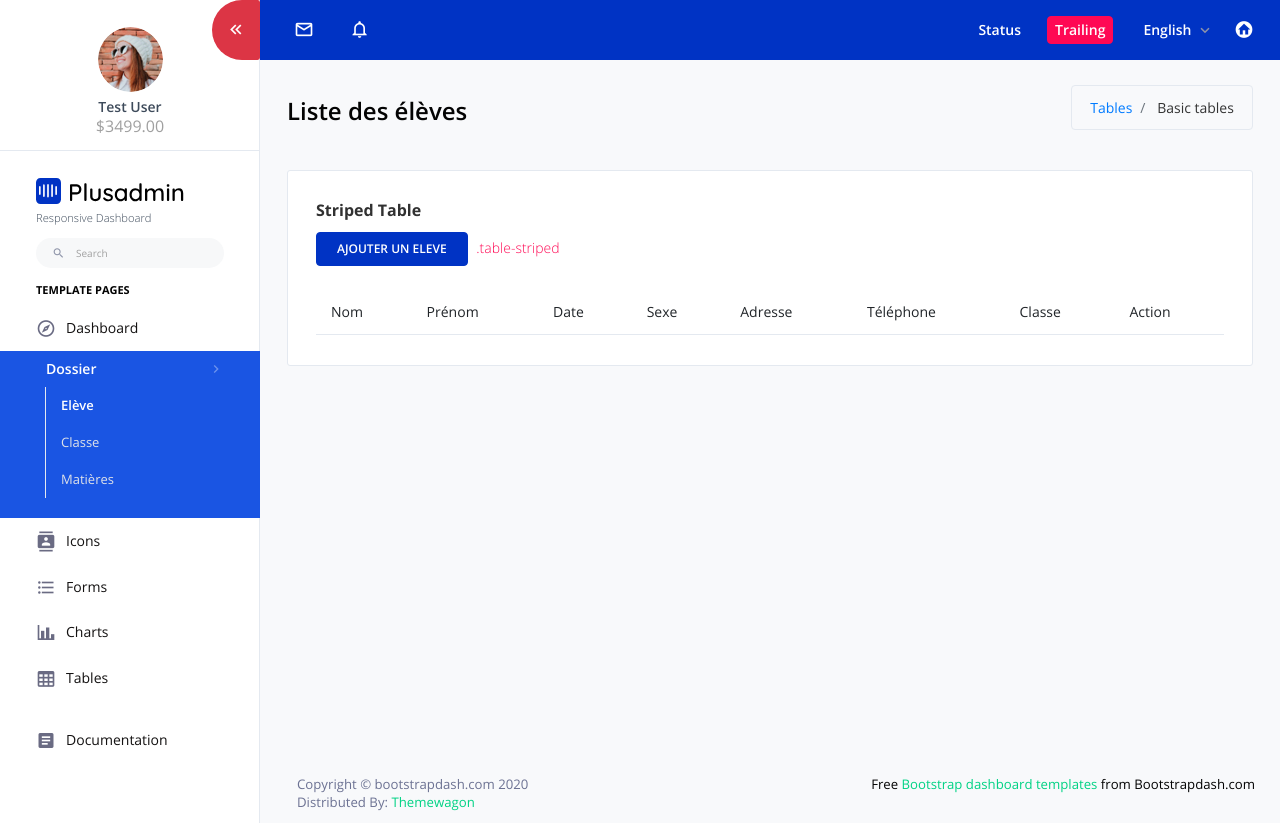
Repository: james19999/gestioneleve
Page: http://localhost/eleves
These files come from the project's save history. The page is drawn as it stood at one moment and after the next save; the edit follows.
The browser window is 1280 px wide. The pictures show the whole page.
The page is served by the project's Laravel application, run on PHP 8.4 with Laravel 8. A made-up administrator, Test User (test@example.com), is signed in. Other server files are loaded and not shown. Queries for data that is not in the repository find no rows.

Above is the page before, as saved 2021-12-01 10:02:41.

### routes/web.php
<?php

use Illuminate\Support\Facades\Route;
use App\Http\Controllers\SmSController;
use App\Http\Controllers\EleveController;
use App\Http\Controllers\ClasseController;

/*
|--------------------------------------------------------------------------
| Web Routes
|--------------------------------------------------------------------------
|
| Here is where you can register web routes for your application. These
| routes are loaded by the RouteServiceProvider within a group which
| contains the "web" middleware group. Now create something great!
|
*/
// Route::post('/sms',[SmSController::class,'sms'])->name('sms');
// Route::get('/send',[SmSController::class,'send']);
Route::get('/', function () {
    return view('welcome');
});

//liste des classes à retourner dans la base de donnée
Route::get('/classes',[ClasseController::class,'index'])->name('index');
//route en relation avec le formulaire d 'enrégistrement des classes
Route::get('classes/form',[ClasseController::class,'form'])->name('form');
//route en relation pour stocker les données a travèrs le formulaire
Route::post('classe/store',[ClasseController::class,'store'])->name('store');
Route::delete('/supprimer/{id}',[ClasseController::class,'deletes'])->name('supprimer');
Route::get('/edit/{id}',[ClasseController::class,'edit'])->name('edit');

Route::put('/updates/de/{id}',[ClasseController::class,'updates'])->name('updates');


Route::resource('eleves',EleveController::class);

Route::middleware(['auth'])->group(function () {

    Route::view('/admin', 'admin.admin')->name('admin');
});

Auth::routes();

Route::get('/home', [App\Http\Controllers\HomeController::class, 'index'])->name('home');

### app/Http/Controllers/EleveController.php
<?php

namespace App\Http\Controllers;

use App\Models\Eleve;
use App\Models\Classe;
use Illuminate\Http\Request;
use App\Http\Requests\EleveRequest;

class EleveController extends Controller
{
    /**
     * Display a listing of the resource.
     *
     * @return \Illuminate\Http\Response
     */
    public function index()
    {
        $Eleves=Eleve::with('classes')->get();

        return view('eleves.index',compact('Eleves'));
    }

    /**
     * Show the form for creating a new resource.
     *
     * @return \Illuminate\Http\Response
     */
    public function create()
    {
        $Classes=Classe::all();
        return view('eleves.create',compact('Classes'));
    }

    /**
     * Store a newly created resource in storage.
     *
     * @param  \Illuminate\Http\Request  $request
     * @return \Illuminate\Http\Response
     */
    public function store(EleveRequest $request)
    {
        Eleve::create($request->validated());

        return redirect()->route('eleves.index');
        // return back();
    }

    /**
     * Display the specified resource.
     *
     * @param  int  $id
     * @return \Illuminate\Http\Response
     */
    public function show($id)
    {
        $Eleves=Eleve::findOrfail($id);

        return view('eleves.show',compact('Eleves'));
    }

    /**
     * Show the form for editing the specified resource.
     *
     * @param  int  $id
     * @return \Illuminate\Http\Response
     */
    public function edit($id)
    {
        $Eleves=Eleve::findOrfail($id);
        $Classes=Classe::all();

        return view('eleves.edit',compact('Eleves','Classes'));
    }

    /**
     * Update the specified resource in storage.
     *
     * @param  \Illuminate\Http\Request  $request
     * @param  int  $id
     * @return \Illuminate\Http\Response
     */
    public function update(EleveRequest $request, $id)
    {
        $Eleves=Eleve::findOrfail($id);
        $Eleves->update($request->validated());
        return redirect()->route('eleves.index');

    }

    /**
     * Remove the specified resource from storage.
     *
     * @param  int  $id
     * @return \Illuminate\Http\Response
     */
    public function destroy($id)
    {
        Eleve::destroy($id);
        return back();
    }
}

### app/Models/Eleve.php
<?php

namespace App\Models;

use App\Models\Classe;
use Illuminate\Database\Eloquent\Model;
use Illuminate\Database\Eloquent\Factories\HasFactory;

class Eleve extends Model
{
    use HasFactory;

    protected  $fillable=[
        'nom',
        'prenom',
        'date_naiss',
        'sexe',
        'adresse',
        'tel',
        'classe_id',
    ];
    public function classes(){
        return $this->belongsTo(Classe::class,'classe_id');
    }
}

### resources/views/eleves/index.blade.php
@extends('layouts.master')

@section('content')

<div class="content-wrapper">
    <div class="page-header">
      <h3 class="page-title">Liste des élèves</h3>
      <div>
        @if (session()->has('message'))
            <div class="alert alert-success">
                {{ session('message') }}
            </div>
        @endif
    </div>
      <nav aria-label="breadcrumb">
        <ol class="breadcrumb">
          <li class="breadcrumb-item"><a href="#">Tables</a></li>
          <li class="breadcrumb-item active" aria-current="page"> Basic tables </li>
        </ol>
      </nav>
    </div>
    <div class="row">
      <div class="col-lg-12 grid-margin stretch-card">
        <div class="card">
          <div class="card-body">
            <h4 class="card-title">Striped Table</h4>
            <p class="card-description"> <a  class="btn btn-primary" href="{{ route('eleves.create') }}">AJOUTER UN ELEVE</a> <code>.table-striped</code>
            </p>
            <div class="table-responsive">
              <table class="table table-striped">
                <thead>
                  <tr>
                    {{-- <th>#</th> --}}
                    {{-- <th>Numéro</th> --}}
                    <th>Nom</th>
                    <th>Prénom</th>
                    <th>Date</th>
                    <th>Sexe</th>
                    <th>Adresse</th>
                    <th>Téléphone</th>
                    <th>Classe</th>
                    <th>Action</th>
                  </tr>
                </thead>
                <tbody>
                    @foreach($Eleves as $key => $Eleve)

                  <tr>

                    {{-- <td class="py-1">
                      {{ $key++ }}
                    </td> --}}
                    {{-- <td class="py-1">
                      {{ $Eleve->id }}
                    </td> --}}
                    <td>{{ $Eleve->nom }}</td>
                    <td>
                       {{ $Eleve->prenom }}
                    </td>

                    <td>{{ $Eleve->date_naiss }}</td>
                    <td>{{ $Eleve->sexe }}</td>
                    <td>{{ $Eleve->adresse }}</td>
                    <td>{{ $Eleve->tel }}</td>
                    <td>{{ $Eleve->classes->libelle }}</td>
                    <td>

                         <form action="{{ route('eleves.destroy',$Eleve) }}" method="POST"
                           onclick="return confirm('supprimer') "
                         >
                               @csrf
                               @method('DELETE')
                            <button  class="btn btn-danger" >SUPPRIMER</button>
                         </form>

                        </td>
                        <td>
                        <a  class="btn btn-info" href="{{ route('eleves.edit',$Eleve) }}">EDITER</a>

                       </td>
                        <td>
                        <a  class="btn btn-dark" href="{{ route('eleves.show',$Eleve) }}">DETAIL</a>

                       </td>
                    </tr>
                    @endforeach

                </tbody>
            </table>
            </div>
        </div>
    </div>
</div>

</div>
{{-- {{$Eleves->links()  }} --}}
</div>
@endsection

### resources/views/partials/sidbar.blade.php
<nav class="sidebar sidebar-offcanvas" id="sidebar">
    <ul class="nav">
      <li class="nav-item nav-profile border-bottom">
        <a href="#" class="nav-link flex-column">
          <div class="nav-profile-image">
            <img src="../assets/images/faces/face1.jpg" alt="profile" />
            <!--change to offline or busy as needed-->
          </div>
          <div class="nav-profile-text d-flex ml-0 mb-3 flex-column">
            <span class="font-weight-semibold mb-1 mt-2 text-center">{{ Auth::user()->name }}</span>
            <span class="text-secondary icon-sm text-center">$3499.00</span>
          </div>
        </a>
      </li>
      <li class="nav-item pt-3">
        <a class="nav-link d-block" href="index.html">
          <img class="sidebar-brand-logo" src="../assets/images/logo.svg" alt="" />
          <img class="sidebar-brand-logomini" src="../assets/images/logo-mini.svg" alt="" />
          <div class="small font-weight-light pt-1">Responsive Dashboard</div>
        </a>
        <form class="d-flex align-items-center" action="#">
          <div class="input-group">
            <div class="input-group-prepend">
              <i class="input-group-text border-0 mdi mdi-magnify"></i>
            </div>
            <input type="text" class="form-control border-0" placeholder="Search" />
          </div>
        </form>
      </li>
      <li class="pt-2 pb-1">
        <span class="nav-item-head">Template Pages</span>
      </li>
      <li class="nav-item">
        <a class="nav-link" href="index.html">
          <i class="mdi mdi-compass-outline menu-icon"></i>
          <span class="menu-title">Dashboard</span>
        </a>
      </li>
      <li class="nav-item">
        <a class="nav-link" data-toggle="collapse" href="#ui-basic" aria-expanded="false" aria-controls="ui-basic">
          <i class="mdi mdi-crosshairs-floder menu-icon"></i>
          <span class="menu-title">Dossier</span>
          <i class="menu-arrow"></i>
        </a>
        <div class="collapse" id="ui-basic">
          <ul class="nav flex-column sub-menu">
            <li class="nav-item">
              <a class="nav-link" href="{{ route('eleves.index') }}"> Elève </a>
            </li>
            <li class="nav-item">
              <a class="nav-link" href="{{ route('index') }}">Classe</a>
            </li>
            <li class="nav-item">
              <a class="nav-link" href="">Matières</a>
            </li>
          </ul>
        </div>
      </li>
      <li class="nav-item">
        <a class="nav-link" href="pages/icons/mdi.html">
          <i class="mdi mdi-contacts menu-icon"></i>
          <span class="menu-title">Icons</span>
        </a>
      </li>
      <li class="nav-item">
        <a class="nav-link" href="pages/forms/basic_elements.html">
          <i class="mdi mdi-format-list-bulleted menu-icon"></i>
          <span class="menu-title">Forms</span>
        </a>
      </li>
      <li class="nav-item">
        <a class="nav-link" href="pages/charts/chartjs.html">
          <i class="mdi mdi-chart-bar menu-icon"></i>
          <span class="menu-title">Charts</span>
        </a>
      </li>
      <li class="nav-item">
        <a class="nav-link" href="pages/tables/basic-table.html">
          <i class="mdi mdi-table-large menu-icon"></i>
          <span class="menu-title">Tables</span>
        </a>
      </li>
      <li class="nav-item pt-3">
        <a class="nav-link" href="http://bootstrapdash.com/demo/plus-free/documentation/documentation.html" target="_blank">
          <i class="mdi mdi-file-document-box menu-icon"></i>
          <span class="menu-title">Documentation</span>
        </a>
      </li>
    </ul>
  </nav>

### resources/views/partials/navbar.blade.php
<nav class="navbar default-layout-navbar col-lg-12 col-12 p-0 fixed-top d-flex flex-row">
    <div class="navbar-menu-wrapper d-flex align-items-stretch">
      <button class="navbar-toggler navbar-toggler align-self-center" type="button" data-toggle="minimize">
        <span class="mdi mdi-chevron-double-left"></span>
      </button>
      <div class="text-center navbar-brand-wrapper d-flex align-items-center justify-content-center">
        <a class="navbar-brand brand-logo-mini" href="index.html"><img src="../assets/images/logo-mini.svg" alt="logo" /></a>
      </div>
      <ul class="navbar-nav">
        <li class="nav-item dropdown">
          <a class="nav-link" id="messageDropdown" href="#" data-toggle="dropdown" aria-expanded="false">
            <i class="mdi mdi-email-outline"></i>
          </a>
          <div class="dropdown-menu dropdown-menu-left navbar-dropdown preview-list" aria-labelledby="messageDropdown">
            <h6 class="p-3 mb-0 font-weight-semibold">Messages</h6>
            <div class="dropdown-divider"></div>
            <a class="dropdown-item preview-item">
              <div class="preview-thumbnail">
                <img src="../assets/images/faces/face1.jpg" alt="image" class="profile-pic">
              </div>
              <div class="preview-item-content d-flex align-items-start flex-column justify-content-center">
                <h6 class="preview-subject ellipsis mb-1 font-weight-normal">Mark send you a message</h6>
                <p class="text-gray mb-0"> 1 Minutes ago </p>
              </div>
            </a>
            <div class="dropdown-divider"></div>
            <a class="dropdown-item preview-item">
              <div class="preview-thumbnail">
                <img src="../assets/images/faces/face6.jpg" alt="image" class="profile-pic">
              </div>
              <div class="preview-item-content d-flex align-items-start flex-column justify-content-center">
                <h6 class="preview-subject ellipsis mb-1 font-weight-normal">Cregh send you a message</h6>
                <p class="text-gray mb-0"> 15 Minutes ago </p>
              </div>
            </a>
            <div class="dropdown-divider"></div>
            <a class="dropdown-item preview-item">
              <div class="preview-thumbnail">
                <img src="../assets/images/faces/face7.jpg" alt="image" class="profile-pic">
              </div>
              <div class="preview-item-content d-flex align-items-start flex-column justify-content-center">
                <h6 class="preview-subject ellipsis mb-1 font-weight-normal">Profile picture updated</h6>
                <p class="text-gray mb-0"> 18 Minutes ago </p>
              </div>
            </a>
            <div class="dropdown-divider"></div>
            <h6 class="p-3 mb-0 text-center text-primary font-13">4 new messages</h6>
          </div>
        </li>
        <li class="nav-item dropdown ml-3">
          <a class="nav-link" id="notificationDropdown" href="#" data-toggle="dropdown">
            <i class="mdi mdi-bell-outline"></i>
          </a>
          <div class="dropdown-menu dropdown-menu-left navbar-dropdown preview-list" aria-labelledby="notificationDropdown">
            <h6 class="px-3 py-3 font-weight-semibold mb-0">Notifications</h6>
            <div class="dropdown-divider"></div>
            <a class="dropdown-item preview-item">
              <div class="preview-thumbnail">
                <div class="preview-icon bg-success">
                  <i class="mdi mdi-calendar"></i>
                </div>
              </div>
              <div class="preview-item-content d-flex align-items-start flex-column justify-content-center">
                <h6 class="preview-subject font-weight-normal mb-0">New order recieved</h6>
                <p class="text-gray ellipsis mb-0"> 45 sec ago </p>
              </div>
            </a>
            <div class="dropdown-divider"></div>
            <a class="dropdown-item preview-item">
              <div class="preview-thumbnail">
                <div class="preview-icon bg-warning">
                  <i class="mdi mdi-settings"></i>
                </div>
              </div>
              <div class="preview-item-content d-flex align-items-start flex-column justify-content-center">
                <h6 class="preview-subject font-weight-normal mb-0">Server limit reached</h6>
                <p class="text-gray ellipsis mb-0"> 55 sec ago </p>
              </div>
            </a>
            <div class="dropdown-divider"></div>
            <a class="dropdown-item preview-item">
              <div class="preview-thumbnail">
                <div class="preview-icon bg-info">
                  <i class="mdi mdi-link-variant"></i>
                </div>
              </div>
              <div class="preview-item-content d-flex align-items-start flex-column justify-content-center">
                <h6 class="preview-subject font-weight-normal mb-0">Kevin karvelle</h6>
                <p class="text-gray ellipsis mb-0"> 11:09 PM </p>
              </div>
            </a>
            <div class="dropdown-divider"></div>
            <h6 class="p-3 font-13 mb-0 text-primary text-center">View all notifications</h6>
          </div>
        </li>
      </ul>
      <ul class="navbar-nav navbar-nav-right">
        <li class="nav-item nav-logout d-none d-md-block mr-3">
          <a class="nav-link" href="#">Status</a>
        </li>
        <li class="nav-item nav-logout d-none d-md-block">
          <button class="btn btn-sm btn-danger">Trailing</button>
        </li>
        <li class="nav-item nav-profile dropdown d-none d-md-block">
          <a class="nav-link dropdown-toggle" id="profileDropdown" href="#" data-toggle="dropdown" aria-expanded="false">
            <div class="nav-profile-text">English </div>
          </a>
          <div class="dropdown-menu center navbar-dropdown" aria-labelledby="profileDropdown">
            <a class="dropdown-item" href="#">
              <i class="flag-icon flag-icon-bl mr-3"></i> French </a>
            <div class="dropdown-divider"></div>
            <a class="dropdown-item" href="#">
              <i class="flag-icon flag-icon-cn mr-3"></i> Chinese </a>
            <div class="dropdown-divider"></div>
            <a class="dropdown-item" href="#">
              <i class="flag-icon flag-icon-de mr-3"></i> German </a>
            <div class="dropdown-divider"></div>
            <a class="dropdown-item" href="#">
              <i class="flag-icon flag-icon-ru mr-3"></i>Russian </a>
          </div>
        </li>
        <li class="nav-item nav-logout d-none d-lg-block">
          <a class="nav-link" href="index.html">
            <i class="mdi mdi-home-circle"></i>
          </a>
        </li>
      </ul>
      <button class="navbar-toggler navbar-toggler-right d-lg-none align-self-center" type="button" data-toggle="offcanvas">
        <span class="mdi mdi-menu"></span>
      </button>
    </div>
  </nav>

Loaded but not shown: app/Http/Controllers/Auth/ConfirmPasswordController.php (common file); app/Http/Controllers/Controller.php (common file); app/Models/User.php (common file); public/assets/vendors/mdi/css/materialdesignicons.min.css (library); public/assets/vendors/flag-icon-css/css/flag-icon.min.css (library); public/assets/vendors/css/vendor.bundle.base.css (common file); public/assets/vendors/jquery-bar-rating/css-stars.css (common file); public/assets/vendors/font-awesome/css/font-awesome.min.css (library); public/assets/css/demo_1/style.css (library); public/assets/vendors/js/vendor.bundle.base.js (library); public/assets/vendors/jquery-bar-rating/jquery.barrating.min.js (library); public/assets/vendors/chart.js/Chart.min.js (library); public/assets/vendors/flot/jquery.flot.js (library); public/assets/vendors/flot/jquery.flot.resize.js (library); public/assets/vendors/flot/jquery.flot.categories.js (library); public/assets/vendors/flot/jquery.flot.fillbetween.js (library); public/assets/vendors/flot/jquery.flot.stack.js (library); public/assets/js/off-canvas.js (common file); public/assets/images/logo.svg (21 lines, source omitted); public/assets/images/logo-mini.svg (22 lines, source omitted); public/assets/js/dashboard.js (1730 lines, source omitted); public/assets/js/settings.js (106 lines, source omitted); public/assets/js/misc.js (95 lines, source omitted); public/assets/js/todolist.js (34 lines, source omitted); public/assets/js/hoverable-collapse.js (28 lines, source omitted); resources/views/layouts/master.blade.php (675 lines, source omitted)

After the next save:
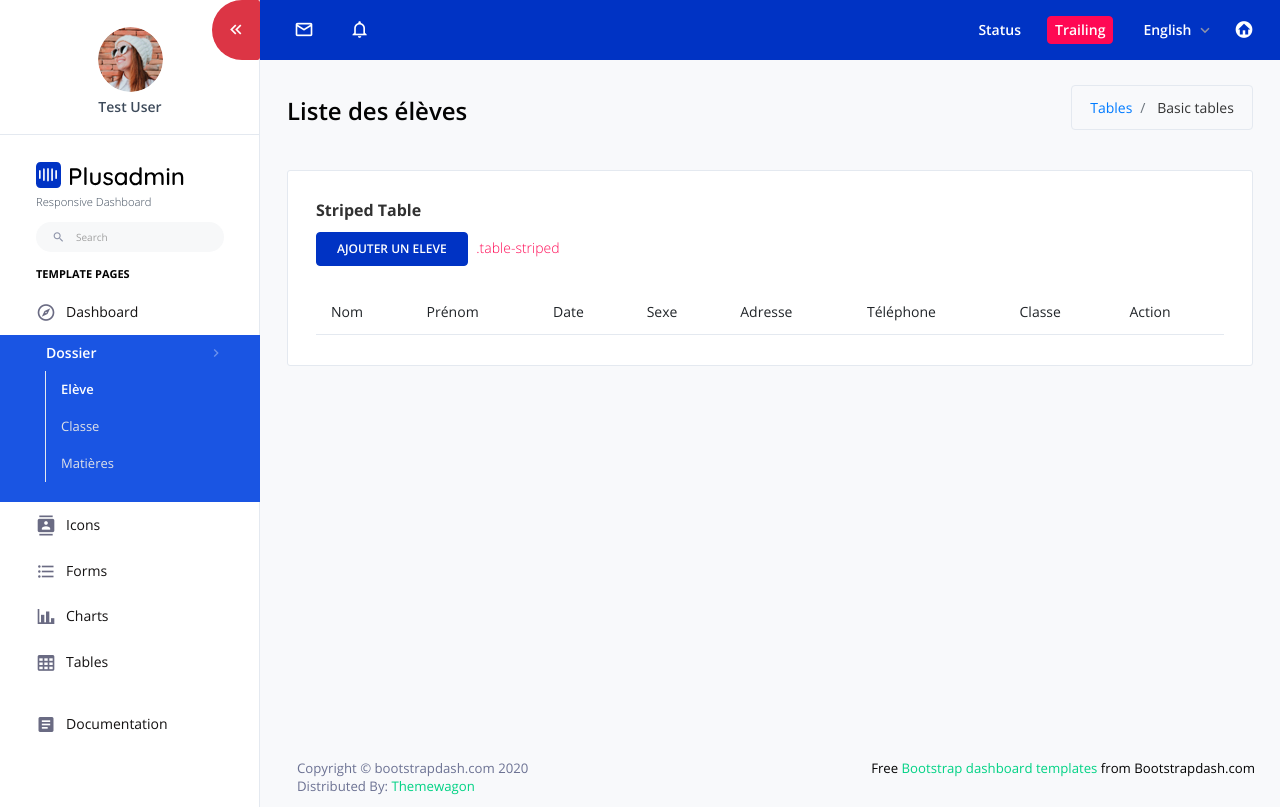
Saved 70 s later.
--- a/resources/views/partials/sidbar.blade.php
+++ b/resources/views/partials/sidbar.blade.php
@@ -8,7 +8,7 @@
           </div>
           <div class="nav-profile-text d-flex ml-0 mb-3 flex-column">
             <span class="font-weight-semibold mb-1 mt-2 text-center">{{ Auth::user()->name }}</span>
-            <span class="text-secondary icon-sm text-center">$3499.00</span>
+            {{-- <span class="text-secondary icon-sm text-center">$3499.00</span> --}}
           </div>
         </a>
       </li>
